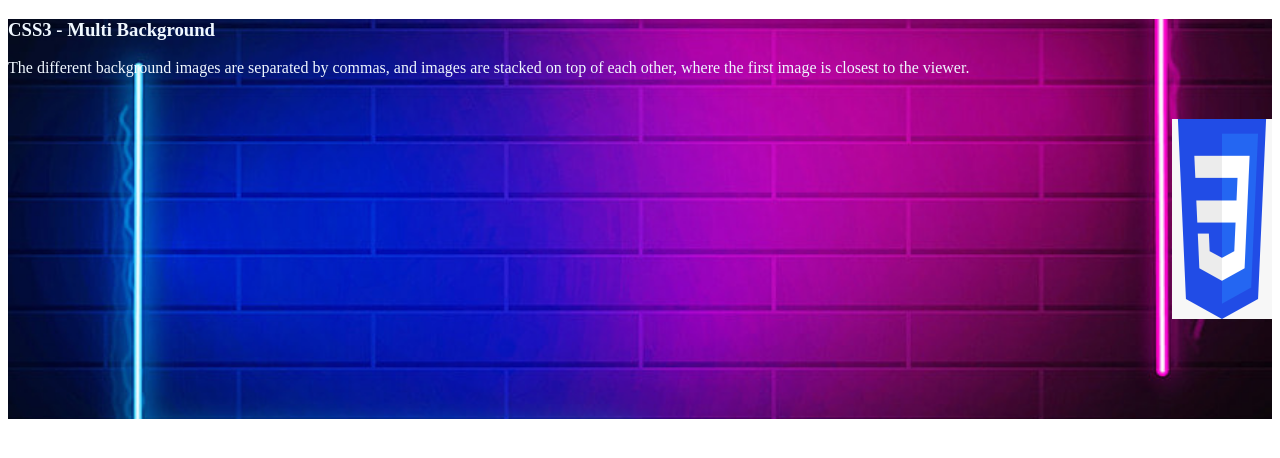
Repository: Pema-yangki/Css
Page: fed.html
The author's editor kept a copy of each file at every save. The page is drawn from the files as they stood at one save, then again after a run of saves.
The browser window is 1280 px wide. The pictures show the whole page.

Above is the page before, as saved 2024-03-22 10:52:32.

### fed.html
<!-- <!DOCTYPE html>
<html lang="en">
<head>
    <meta charset="UTF-8">
    <meta name="viewport" content="width=device-width, initial-scale=1.0">
    <title>Document</title>
    <style>
        h1[name="greetings"]{
            color: brown;
        }
        h1[name ="king"]{
            color:aqua
        }
        h1[name="okay"]{
            color:blueviolet
        }
    </style> -->
    <!-- <style>
        table{
            border: 1px solid black;
            /* border-collapse: separate; */
            border-spacing: 15px;

        }

        table, th, td{
            border: 1px solid black;
            /* border-collapse: collapse; */

        }
    </style>
</head>
<body> -->
   <!-- <h1 name = "greetings">hello</h1>
   <h1 name = "king" >hi</h1>
   <h1 name = "okay">bye</h1> -->
   <!-- <table>
    <tr>
        <th>Name</th>
        <th>College</th>
        <th>Specialization</th>
    </tr>
    <tr>
        <td>kinley</td>
        <td >GCIT</td>
        <td>Full stack</td>
    </tr>
    <tr>
        <td>Pema</td>
        <td>GCIT</td>
        <td>AI</td>
    </tr>
    <tr>
        <td>yangki</td>
        <td>GCIT</td>
        <td>Blockchain</td>
    </tr>
    </table> -->

    <!-- <table>
      <thead>
        table rows
      </thead>
      <tfoot>
        table rows
      </tfoot>
      <tbody>
        table rows
      </tbody>
    </table>
</body>
</html>  -->


<!-- time table -->
<!-- <!DOCTYPE html>
<html lang="en">
<head>
    <meta charset="UTF-8">
    <meta name="viewport" content="width=device-width, initial-scale=1.0">
    <title>Document</title>
    <style>
        table.programs{
            background: white;
            border: 15px outset rgb(250, 246, 246);
            border-collapse:collapse;
            font-family: 'Times New Roman', Times, serif;
            width: 100%;
        }
        table.programs tr{
            height: 25px;
        }
        table.programs th, table.programs td{
            border: 1px solid rgb(243, 235, 235);
            padding: 5px;
            vertical-align: top;
        }
        col.timeColumn {
            background: rgb(170, 144, 59);
            width: 10%;
        }
        col.wDayColumns {
            background: rgb(201, 123, 6);
        }
        col.wEndColumns {
        background: rgb(187, 172, 90);
        width: 17.5%;
        }
        table.programs caption {
        caption-side: bottom;
        text-align: center;
        }
        table.programs thead{
        color:white;
        background-color: rgb(177, 112, 16);
        }
        table.programs thead th:first-of-type{
        color:white;
        background-color: rgb(174, 184, 38);
        }
table.programs thead th:nth-of-type(7),
table.programs thead th:nth-of-type(8) {
color:white;
background-color: rgb(153, 125, 0);
}
table.programs tfoot{
color:white;
background-color: black;
}



        </style>
</head>

<body>
    <table class="programs">
        <caption>full stack daily shedule</caption>
        <colgroup>
        <col class="timeColumn">
        <col class="wDayColumns" span="5">
        <col class="wEndColumns" span="2">
        </colgroup>
        <thead>
            <tr>
                <th>Time</th>
                <th>Mon</th>
                <th>Tue</th>
                <th>Wed</th>
                <th>Thu</th>
                <th>Fri</th>
                <th>Sat</th>
                <th>Sun</th>
            </tr>
        </thead>

        <tfoot>
            <tr>
                <td colspan="8">
                    GCIT Full Stack Program daily shedule ends its activities at 9:30
                </td>
            </tr>
        </tfoot>
        <tbody>
            <tr>
                <th>5:30 Am</th>
                    <td rowspan="1" colspan="5">Good Morning/Lazy Morning</td>
                    <td rowspan="4" colspan="1">Slow Weekends</td>
                    <td rowspan="2" colspan="1">Sunday Morning</td>

            </tr>
            <tr>
                <th>5:30 AM </th>
                    <td rowspan="3" colspan="5">Start Your Engine!</td>

            </tr>
            <tr>
                <th>6:00 AM </th>
                    <td rowspan="2" colspan="1">Weekend Yoga</td>

            </tr>
            <tr>
                <th>6:30 AM  </th>
            </tr>
            <tr>
                <th>7:00 AM  </th>
                    <td rowspan="1" colspan="5">Breakfast News</td>
                    <td rowspan="2" colspan="1">Weekend Yoga</td>
                    <td rowspan="2" colspan="1">Advanced Pilate</td>

            </tr>
            <tr>
                <th>7:30 AM </th>
                    <td rowspan="1" colspan="5">General Cleaning</td>

            </tr>
            <tr>
                <th>8:00 AM </th>
                    <td rowspan="4" colspan="5">Designing Layout</td>
                    <td rowspan="3" colspan="1">Testing</td>
                    <td rowspan="4" colspan="1">Case Study</td>

            </tr>
            <tr>
                <th>8:30 AM </th>
            </tr>
            <tr>
                <th>9:00 AM </th>
            </tr>
            <tr>
                <th>9:30 AM</th>
                    <td rowspan="3" colspan="1">Weight Yoga</td>

            </tr>
            <tr>
                <th>10:00 AM</th>
                    <td rowspan="4" colspan="5">Coding</td>
                    <td rowspan="1" colspan="1">Play time</td>

            </tr>
            <tr>
                <th>10:30 AM  </th>
                    <td rowspan="1" colspan="1">Brain Spa</td>

            </tr>
            <tr>
                <th>11:00 AM</th>
                <td rowspan="3" colspan="1">Outdoor Games</td>
                <td rowspan="1" colspan="1">The Meditative Mind</td>
                </tr>


            <tr>
                <th>11:30 AM </th>
                <td rowspan="1" colspan="1">Stretches</td>

            </tr>
            <tr>
                <th>12:00 PM   </th>
                <td rowspan="1" colspan="5">Lunch News</td>
                <td rowspan="1" colspan="1">Indoor Games</td>

            </tr>
        </tbody>
    </table>
</body>
</html> -->


<!-- cover image -->
<!DOCTYPE html>
<html lang="en">
<head>
    <meta charset="UTF-8">
    <meta name="viewport" content="width=device-width, initial-scale=1.0">
    <title>Document</title>
    <style>
        #background {
        background-image: url(feeeee.jpeg), url(cd.jpeg);
        background-position: right;
        background-repeat: no-repeat, repeat;
        background-size: 100px 50%, cover;
        color: aliceblue;
        }
    </style>
</head>
<body>
    <div id="background" style="height: 400px;">
        <h3>CSS3 - Multi Background</h3>
        <p>The different background images are separated by commas, and images are stacked on
        top of each other, where the first image is closest to the viewer.</p>
        </div>
</body>
</html>

After the next 4 saves:
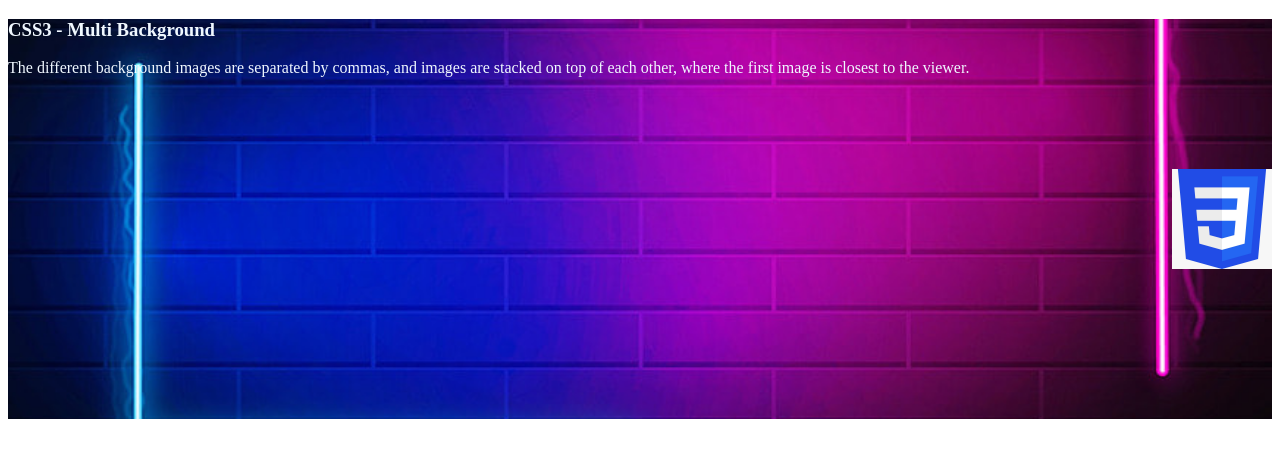
The 4 saves are shown as one change because they came seconds apart.
The last was saved 10 s later.
--- a/fed.html
+++ b/fed.html
@@ -259,7 +259,7 @@ background-color: black;
         background-image: url(feeeee.jpeg), url(cd.jpeg);
         background-position: right;
         background-repeat: no-repeat, repeat;
-        background-size: 100px 50%, cover;
+        background-size: 100px 100px, cover;
         color: aliceblue;
         }
     </style>
